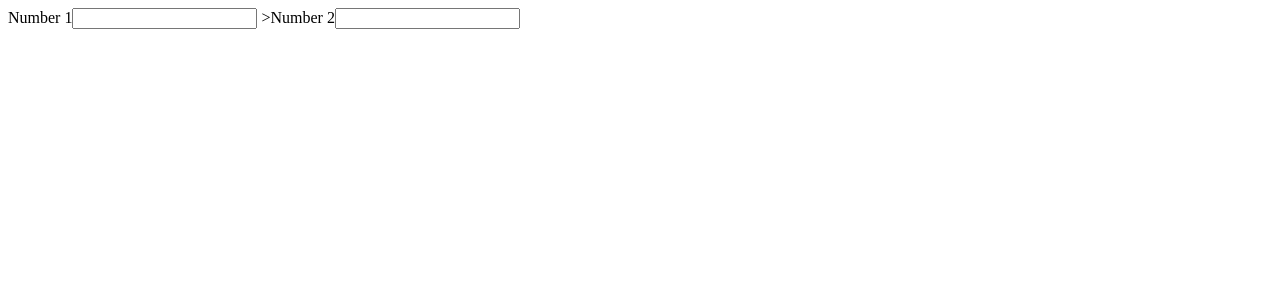
Repository: Nanda-Hari-Reddy/YouTube-Clone
Page: MDB-Free_4.20.0/SERVELETS/servelet-1/src/main/webapp/addition.html
The author's editor kept a copy of each file at every save. The page is drawn from the files as they stood at one save, then again after the next save.
The browser window is 1280 px wide. The pictures show the whole page.

Above is the page before, as saved 2023-10-08 11:38:18.

### MDB-Free_4.20.0/SERVELETS/servelet-1/src/main/webapp/addition.html
<!DOCTYPE html>
<html>
<head>
<meta charset="ISO-8859-1">
<title>Addition</title>
</head>
<body>
	<form>
		Number 1<input type="text">
		>Number 2<input type="text"
		<input type="submit">
	</form>
</body>
</html>

After the next save:
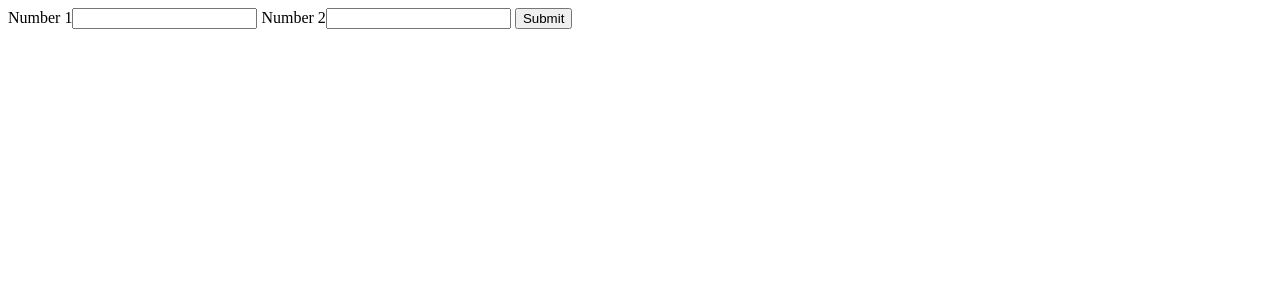
Saved 16 s later.
--- a/MDB-Free_4.20.0/SERVELETS/servelet-1/src/main/webapp/addition.html
+++ b/MDB-Free_4.20.0/SERVELETS/servelet-1/src/main/webapp/addition.html
@@ -7,7 +7,7 @@
 <body>
 	<form>
 		Number 1<input type="text">
-		>Number 2<input type="text"
+		Number 2<input type="text">
 		<input type="submit">
 	</form>
 </body>
